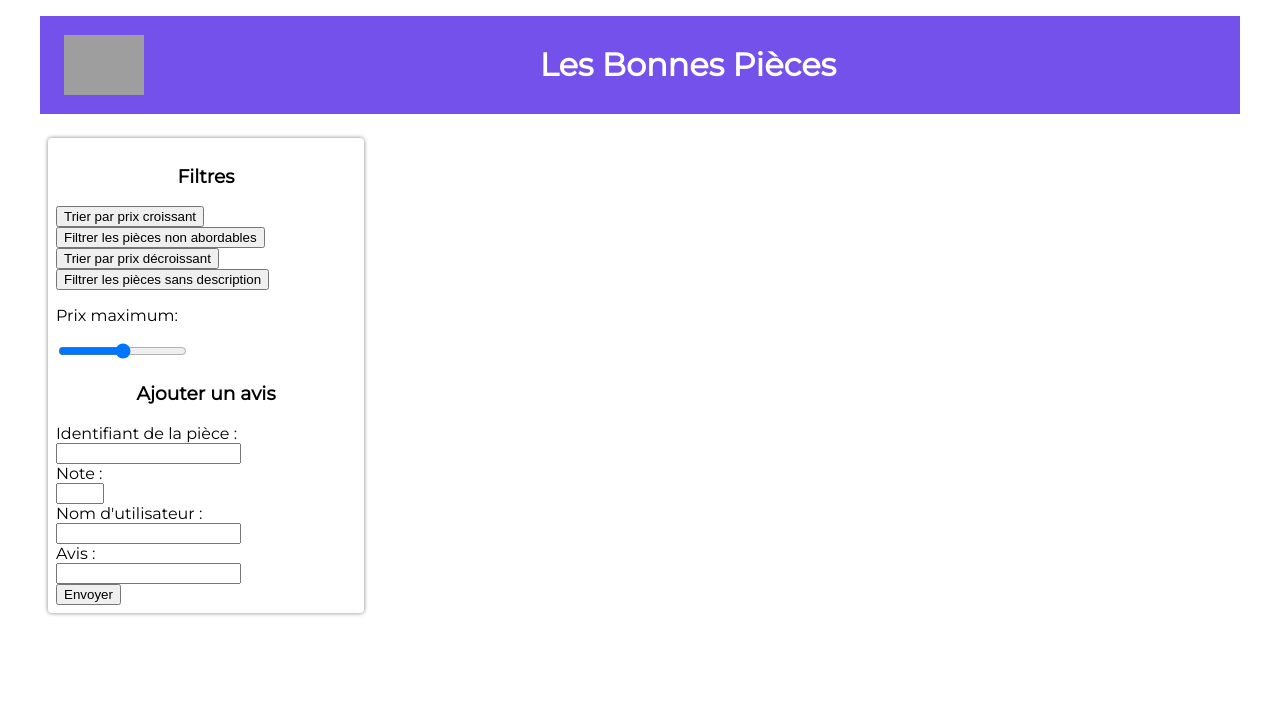
Repository: khadyba/Javascrip
Page: 7697016-Front-End.1/index.html
An editor plug-in stored every save of this project. The page is shown before and after the next save, followed by the edit.
The browser window is 1280 px wide. The pictures show the whole page.
Pictures or frames that could not be fetched are drawn as grey boxes. The page's requests for data from a server got no answer.

Above is the page before, as saved 2024-09-18 15:08:30.

After the next save:
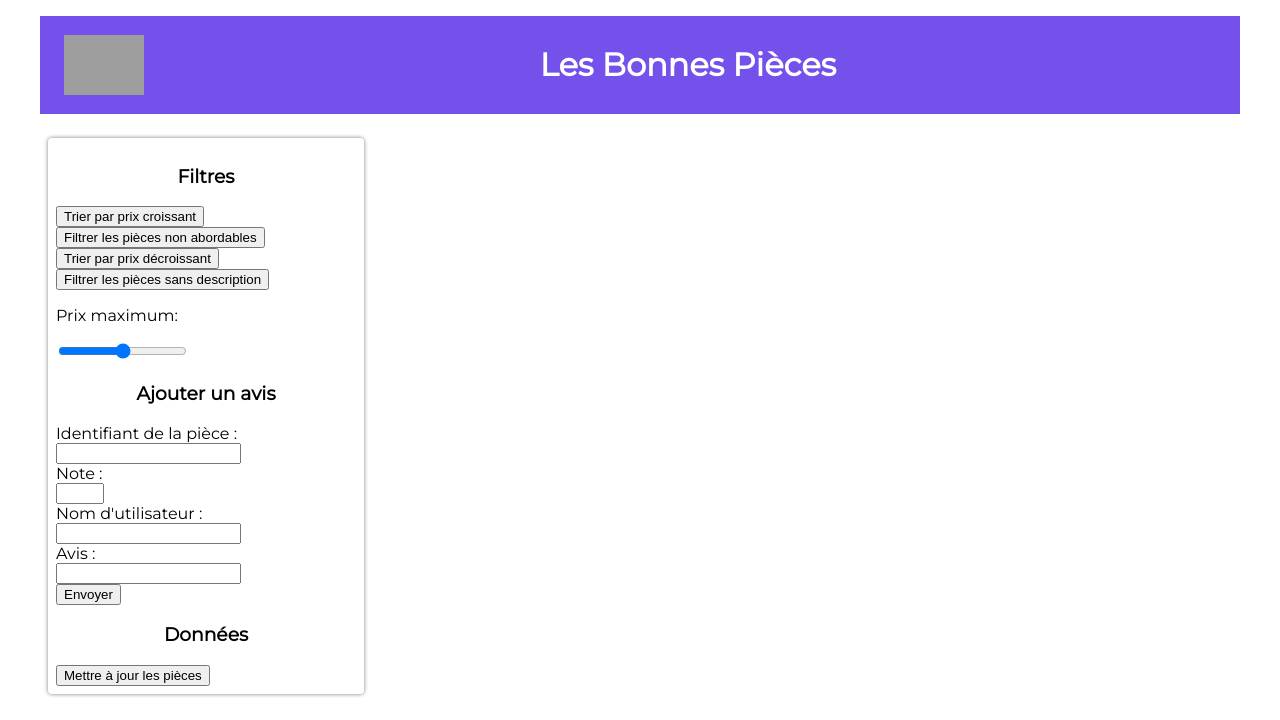
Saved 2 min 49 s later.
--- a/7697016-Front-End.1/index.html
+++ b/7697016-Front-End.1/index.html
@@ -40,6 +40,9 @@
 					<input type="text" name="commentaire"><br>
 					<button>Envoyer</button>
 				</form>
+				<!-- code à ajouter-->
+<h3>Données</h3>
+<button class="btn-maj">Mettre à jour les pièces</button>
 			</section>
 
 			<!-- Fiches produits -->
